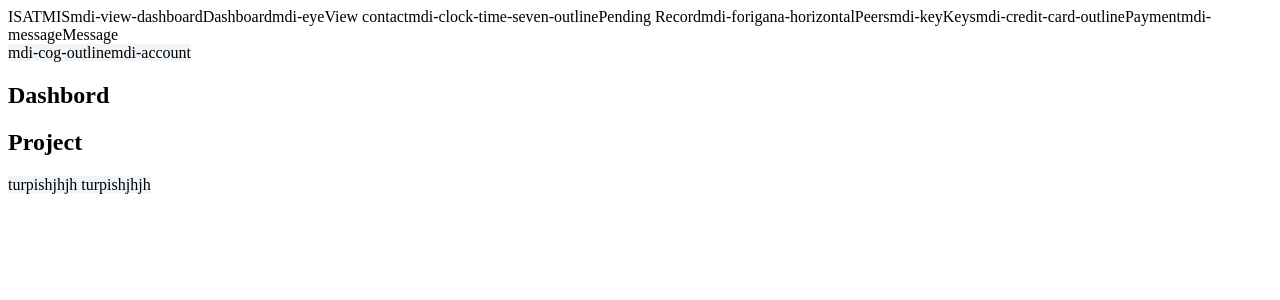
Repository: umarrg/isatmis
Page: /home
These files come from the project's save history. The page is drawn as it stood at one moment and after a run of saves; the edit follows.
The browser window is 1280 px wide. The pictures show the whole page.
The project was rebuilt for these pictures with package versions that can differ from the ones it lists, and the page was loaded fresh each time. Also part of the build but not shown: vue.config.js. Imported but missing from the stored project, and not drawn on this page: src/plugins/vuetify.

Above is the page before, as saved 2021-01-26 00:27:04.

After the next 3 saves:
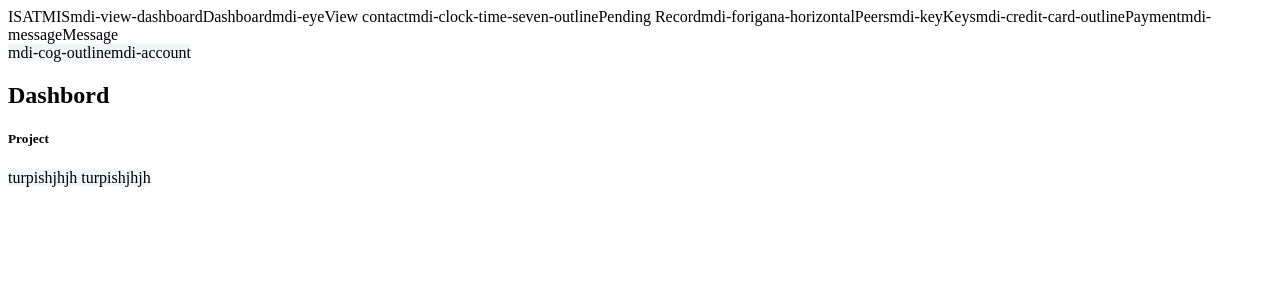
The 3 saves are shown as one change because they came seconds apart.
The last was saved 31 s later.
--- a/src/views/Home.vue
+++ b/src/views/Home.vue
@@ -38,7 +38,7 @@
       <v-row >
         <v-col cols="12" md="4" sm="6">
           <v-alert border="bottom" colored-border color="blue" elevation="2">
-            <h2>Project <a href="A"></a></h2>
+            <h5>Project <a href="A"></a></h5>
           </v-alert>
         </v-col>
         <v-col cols="12" md="4" sm="6">

After the 3 saves that followed:
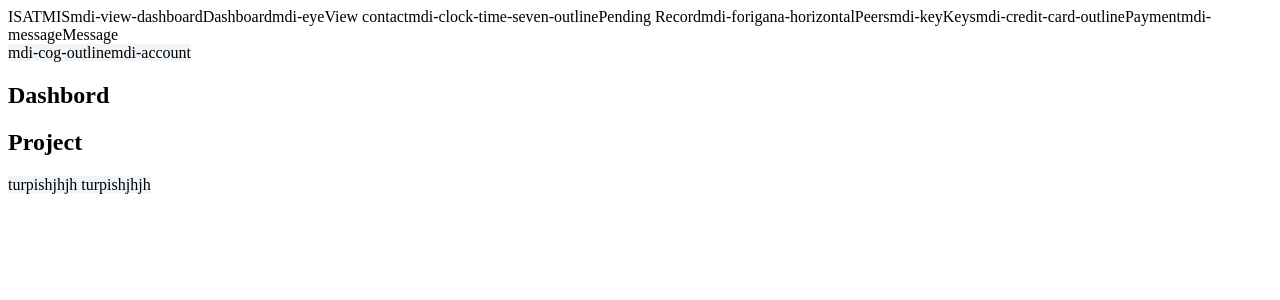
The 3 saves are shown as one change because 1 did not build or start and some came seconds apart.
The last was saved 23 s later.
--- a/src/views/Home.vue
+++ b/src/views/Home.vue
@@ -38,7 +38,7 @@
       <v-row >
         <v-col cols="12" md="4" sm="6">
           <v-alert border="bottom" colored-border color="blue" elevation="2">
-            <h5>Project <a href="A"></a></h5>
+            <h2>Project </h2>
           </v-alert>
         </v-col>
         <v-col cols="12" md="4" sm="6">
